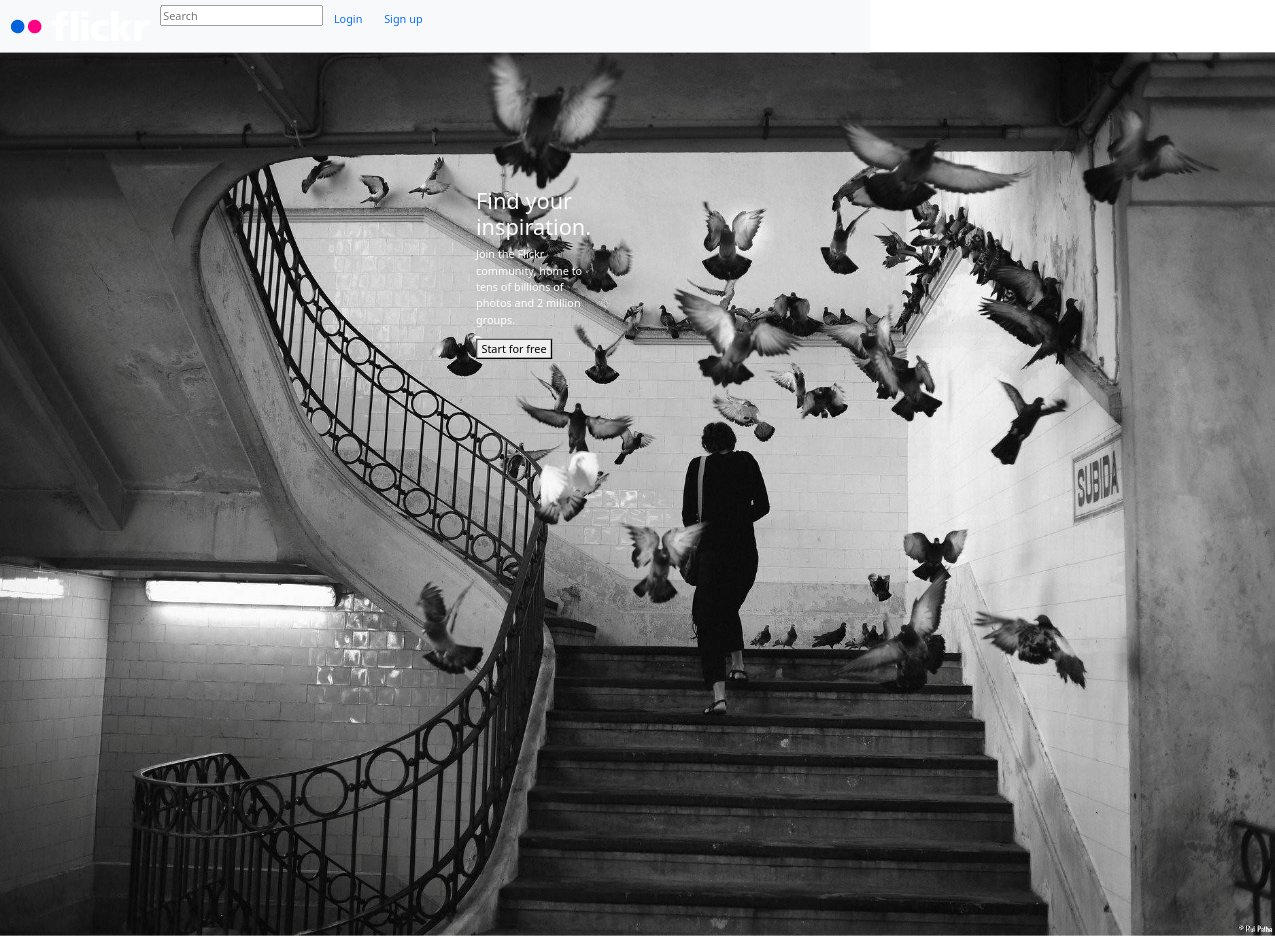
Repository: Alphosmart/LEVEL_1
Page: index.html
The author's editor kept a copy of each file at every save. The page is drawn from the files as they stood at one save, then again after the next save.
The browser window is 1280 px wide. The page is 1875 px wide, so the pictures cover 1875 px, including what lies to the right of the window. The pictures show the whole page, at 68% of full size.

Above is the page before, as saved 2024-06-03 10:01:20.

### index.html
<!DOCTYPE html>
<html lang="en">
  <head>
    <meta charset="UTF-8" />
    <meta name="viewport" content="width=device-width, initial-scale=1.0" />
    <title>Flickr</title>
    <link rel="stylesheet" href="style.css" />
    <link rel="stylesheet" href="/bootstrap-5.3.3-dist/css/bootstrap.css" />
    <style>
      .mySlides {
        display: none;
      }
    </style>
  </head>
  <body>
    <nav class="navbar navbar-expand-lg bg-body-tertiary">
      <ul class="nav justify-content-end">
        <li class="nav-item">
          <img src="/svg-export/svgexport-2.svg" alt="" class="nav-link" />
        </li>
        <li class="nav-item"><input type="text" placeholder="Search" /></li>
        <li class="nav-item"><button class="nav-link">Login</button></li>
        <li class="nav-item"><button class="nav-link">Sign up</button></li>
      </ul>
    </nav>

    <section>
      <div
        style="
          position: absolute;
          margin: 200px 700px;
          padding: 100px
          align-items: center;
          color: white;
        "
      >
        <h2>Find your inspiration.</h2>
        <p>
          Join the Flickr community, home to tens of billions of photos and 2
          million groups.
        </p>
        <button>Start for free</button>
      </div>

      <div style="max-width: 500px">
        <img
          class="mySlides"
          src="/images/Barbara_van_der_Linde_Boet_and_Harvey.jpg"
          class="d-block w-100"
        />
        <img class="mySlides" src="/images/ines_maria_wingsofvienna.jpg"
        class="d-block w-100 />
        <img
          class="mySlides"
          src="/images/Kris_Peterson_Back_to_The_Future.jpg"
          class="d-block w-100"
        />
        <img
          class="mySlides"
          src="/images/Rui_Palha_Pigeons_at_Bolhao.jpg"
          class="d-block w-80"
        />
        <img
          class="mySlides"
          src="/images/Sally_Rose_Dolak_Tropical_Trendil_Treasure.jpg"
          class="d-block w-100"
        />
        <img
          class="mySlides"
          src="/images/Sean_Sweeney_Snow_Beauty.jpg"
          class="d-block w-100"
        />
      </div>
    </section>

    <script>
      var myIndex = 0;
      carousel();

      function carousel() {
        var i;
        var x = document.getElementsByClassName("mySlides");
        for (i = 0; i < x.length; i++) {
          x[i].style.display = "none";
        }
        myIndex++;
        if (myIndex > x.length) {
          myIndex = 1;
        }
        x[myIndex - 1].style.display = "block";
        setTimeout(carousel, 2000); // Change image every 2 seconds
      }
    </script>
  </body>
</html>

### style.css
/* body {
  font-family: Arial, sans-serif;
  margin: 0;
  padding: 0;
  box-sizing: border-box;
}

.slideshow-container {
  max-width: 500px;
  position: relative;
  margin: auto;
}

.mySlides {
  display: none;
}

.mySlides img {
  width: 100%;
  vertical-align: middle;
}

.fade {
  animation-name: fade;
  animation-duration: 2s;
  animation-iteration-count: infinite;
  animation-direction: alternate;
}

@keyframes fade {
  from {
    opacity: 0.4;
  }
  to {
    opacity: 1;
  }
}

@keyframes slide {
  0% {
    opacity: 0;
  }
  5% {
    opacity: 1;
  }
  20% {
    opacity: 1;
  }
  25% {
    opacity: 0;
  }
  100% {
    opacity: 0;
  }
}

.mySlides:nth-child(1) {
  animation: slide 12s infinite;
}

.mySlides:nth-child(2) {
  animation: slide 12s infinite 2s;
}

.mySlides:nth-child(3) {
  animation: slide 12s infinite 4s;
}

.mySlides:nth-child(4) {
  animation: slide 12s infinite 6s;
}

.mySlides:nth-child(5) {
  animation: slide 12s infinite 8s;
}

.mySlides:nth-child(6) {
  animation: slide 12s infinite 10s;
} */

Loaded but not shown: bootstrap-5.3.3-dist/css/bootstrap.css (library)

After the next save:
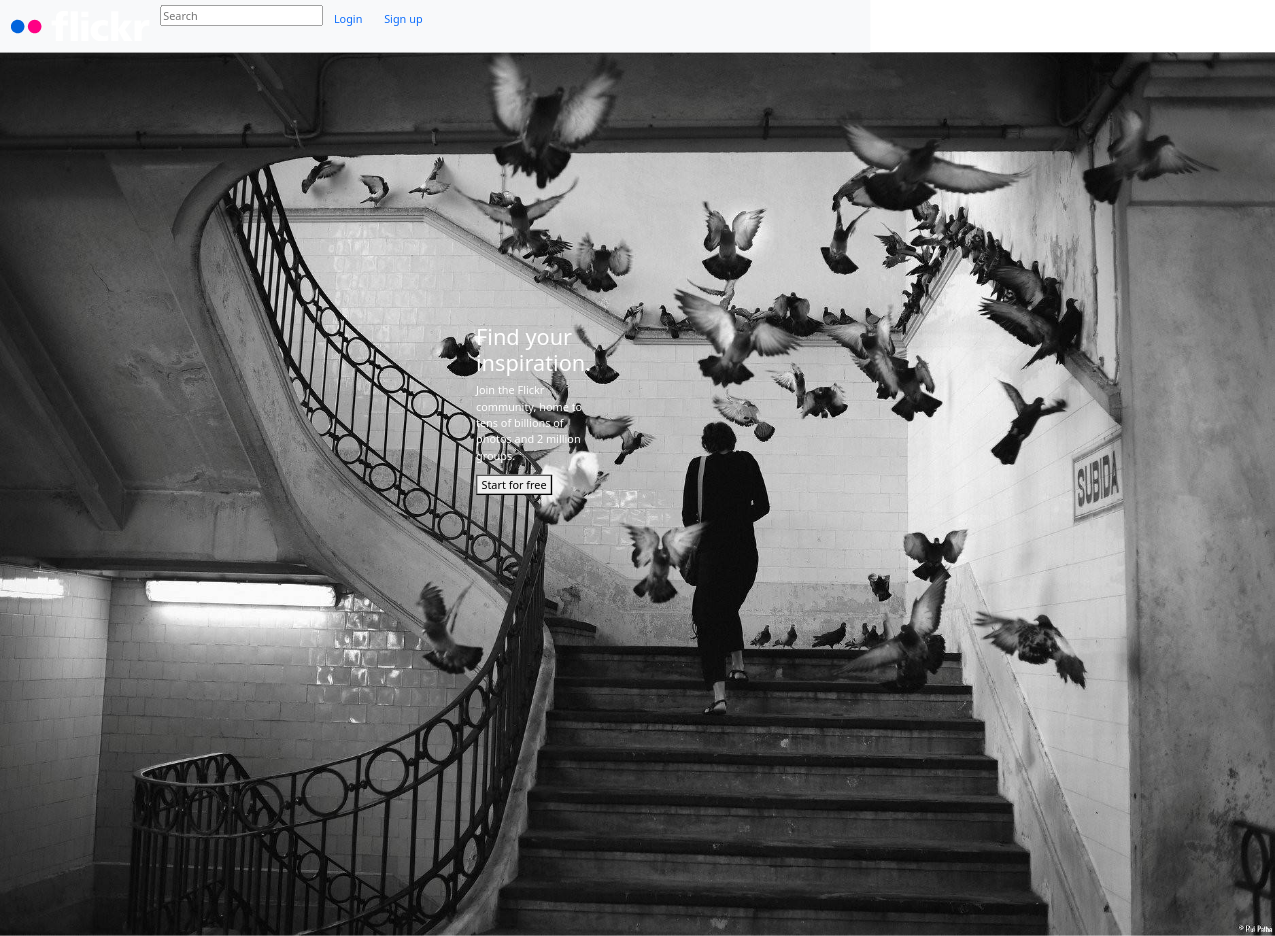
Saved 2 min 6 s later.
--- a/index.html
+++ b/index.html
@@ -28,7 +28,7 @@
       <div
         style="
           position: absolute;
-          margin: 200px 700px;
+          margin: 400px 700px;
           padding: 100px
           align-items: center;
           color: white;
